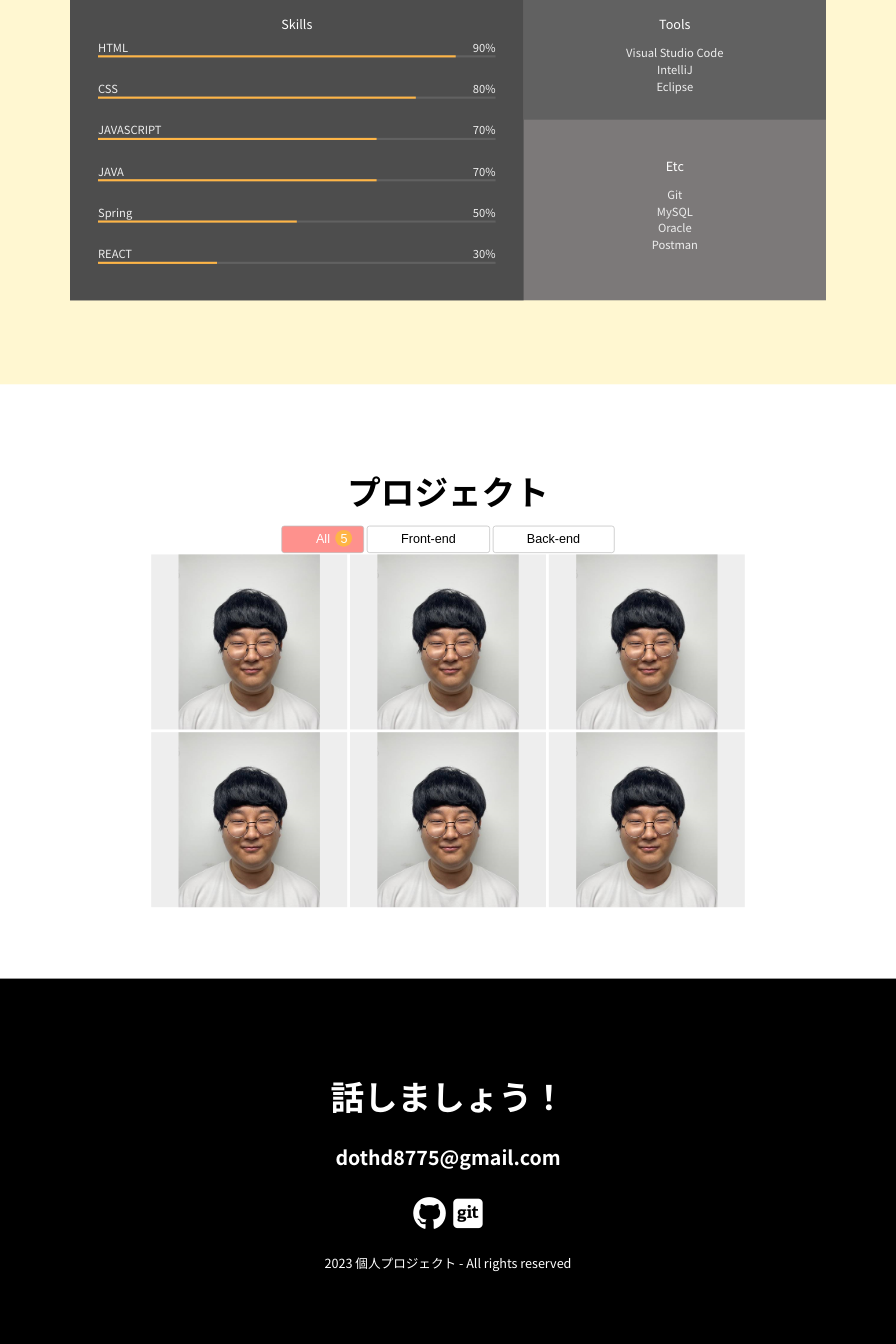
Repository: N1C0N1C0/website_introduction
Page: index.html
The author's editor kept a copy of each file at every save. The page is drawn from the files as they stood at one save, then again after the next save.
The browser window is 1280 px wide. The pictures show the part of the page from y = 1860 to 3780 px (the page is 3780 px tall), at 70% of full size.
Some web libraries are served in a nearby version.

Above is the page before, as saved 2023-08-29 03:15:14.

After the next save:
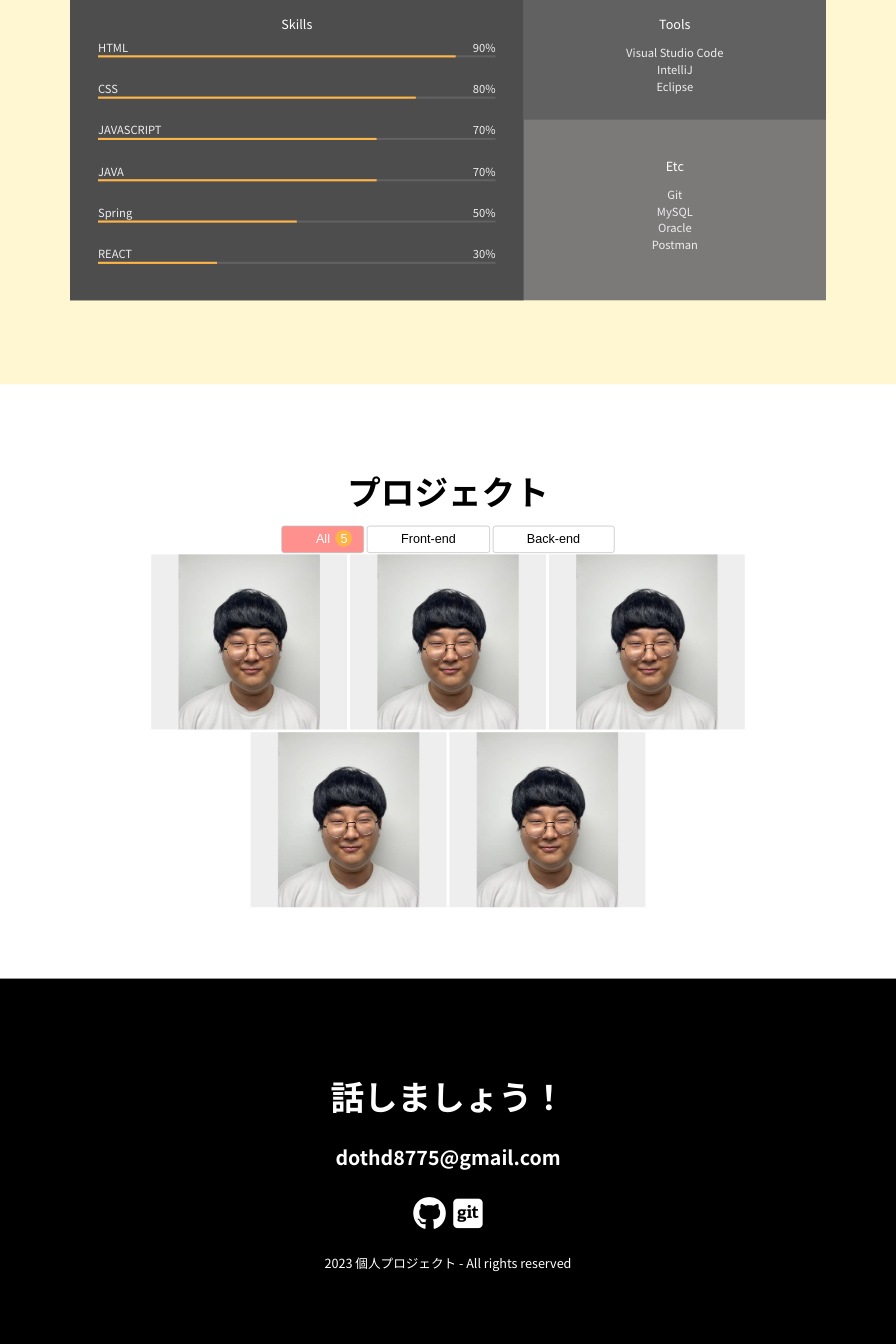
Saved 54 s later.
--- a/index.html
+++ b/index.html
@@ -234,22 +234,6 @@
           href="https://www.youtube.com/@dream-coding"
           class="project"
           target="_blank"
-          data-type="front-end"
-        >
-          <img
-            src="imgs/projects/안종민.png"
-            alt="Anzang"
-            class="project__img"
-          />
-          <div class="project__description">
-            <h3>Youtube Site</h3>
-            <span>Clone coding with HTML and CSS</span>
-          </div>
-        </a>
-        <a
-          href="https://www.youtube.com/@dream-coding"
-          class="project"
-          target="_blank"
           data-type="back-end"
         >
           <img
